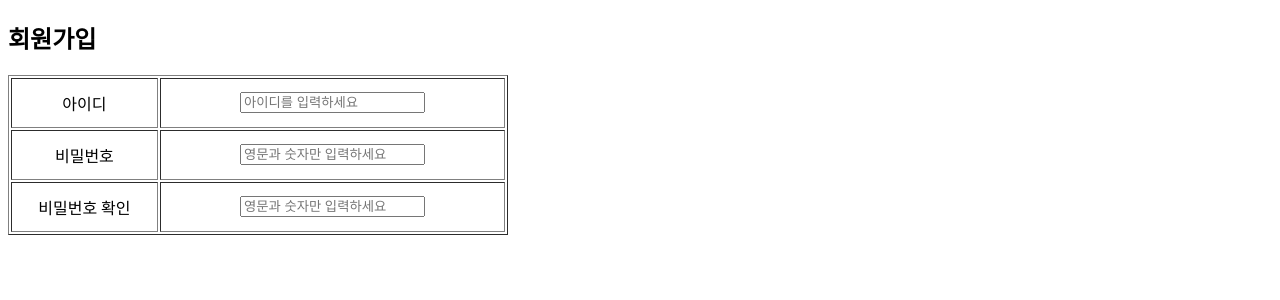
Repository: junirang330/Jsp2026
Page: http://localhost/chapter01/Request/Requestjoin.jsp
The author's editor kept a copy of each file at every save. The page is drawn from the files as they stood at one save, then again after the next save.
The browser window is 1280 px wide. The pictures show the whole page.
The page is served by Tomcat 9.

Above is the page before, as saved 2026-10-19 06:35:49.

### chapter01/src/main/webapp/Request/Requestjoin.jsp
<%@ page language="java" contentType="text/html; charset=UTF-8"
    pageEncoding="UTF-8" import = "java.util.*" %>
<!DOCTYPE html>
<html>
<head>
<meta charset="UTF-8">
<title>회원가입</title>
</head>
<body>
	<div class="container02">
		<h2>회원가입</h2>
		<form action="RequestjoinProc.jsp" method = "post">
			<table width="500" border="1">
				<tr height = "50">
					<td align = "center" width = "150">아이디</td>
					<td align = "center" width = "350">
						<input type = "text" name = "id" placeholder = "아이디를 입력하세요"/>
					</td>
				</tr>
				<tr height = "50">
					<td align = "center" width = "150">비밀번호</td>
					<td align = "center" width = "350">
						<input type = "password" name = "pass" placeholder = "영문과 숫자만 입력하세요"/>
					</td>

				</tr>
				<tr height = "50">
					<td align = "center" width = "150">비밀번호 확인</td>
					<td align = "center" width = "350">
						<input type = "password" name = "passchk" placeholder = "영문과 숫자만 입력하세요"/>
					</td>

				</tr>
			</table>
		</form>
	</div>

</body>
</html>

After the next save:
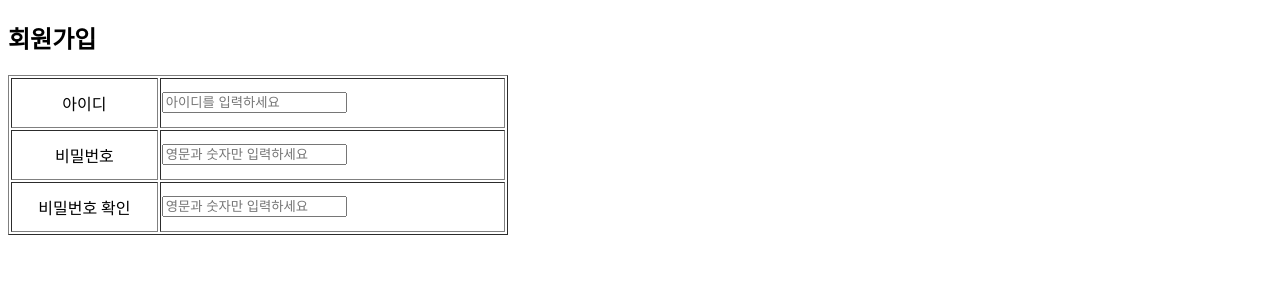
Saved 15 s later.
--- a/chapter01/src/main/webapp/Request/Requestjoin.jsp
+++ b/chapter01/src/main/webapp/Request/Requestjoin.jsp
@@ -13,20 +13,20 @@
 			<table width="500" border="1">
 				<tr height = "50">
 					<td align = "center" width = "150">아이디</td>
-					<td align = "center" width = "350">
+					<td width = "350">
 						<input type = "text" name = "id" placeholder = "아이디를 입력하세요"/>
 					</td>
 				</tr>
 				<tr height = "50">
 					<td align = "center" width = "150">비밀번호</td>
-					<td align = "center" width = "350">
+					<td width = "350">
 						<input type = "password" name = "pass" placeholder = "영문과 숫자만 입력하세요"/>
 					</td>
 
 				</tr>
 				<tr height = "50">
 					<td align = "center" width = "150">비밀번호 확인</td>
-					<td align = "center" width = "350">
+					<td width = "350">
 						<input type = "password" name = "passchk" placeholder = "영문과 숫자만 입력하세요"/>
 					</td>
 
